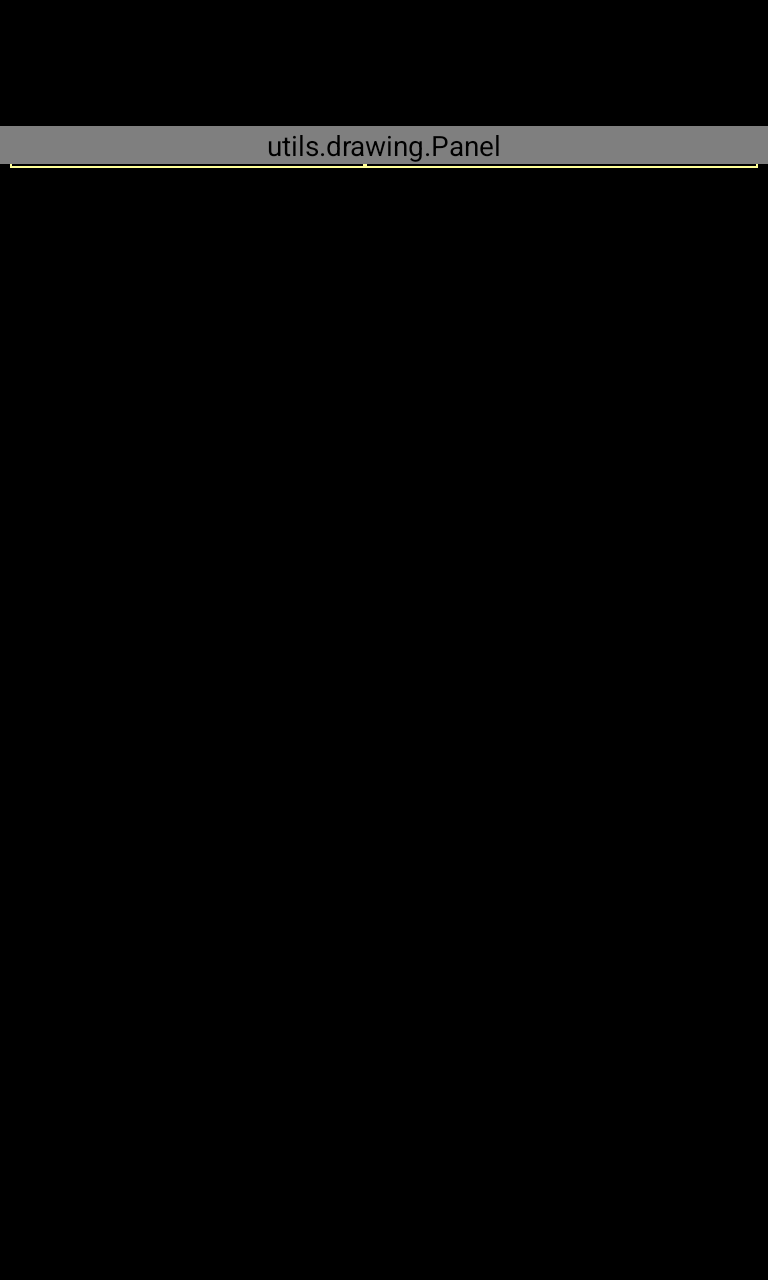
Repository: matthew-robertson/PhysLab
Layout: Phys Lab/Phys Lab/res/layout/activity_graphing.xml
These files come from the project's save history. The layout is drawn as it stood at one moment and after the next save; the edit follows.
Pictures or frames that could not be fetched are drawn as grey boxes. It is drawn on a 768 x 1280 px phone screen (xhdpi) without system bars, with theme android:Theme.Holo; the app's code is not run.

Above is the layout before, as saved 2013-01-08 14:07:54.

### Phys Lab/Phys Lab/res/layout/activity_graphing.xml
<RelativeLayout xmlns:android="http://schemas.android.com/apk/res/android"
    xmlns:tools="http://schemas.android.com/tools"
    android:layout_width="match_parent"
    android:layout_height="match_parent" >

    <TabHost
        android:id="@+id/tabHost"
        android:layout_width="fill_parent"
    	android:layout_height="fill_parent" >

	    <TabWidget
	        android:id="@android:id/tabs"
		    android:layout_width="fill_parent"
		    android:layout_height="wrap_content" />

	    <FrameLayout
	    	android:layout_width="fill_parent"
	    	android:layout_height="fill_parent"
	    	android:id="@android:id/tabcontent" >

	        <!-- Data Tab -->
	        <ScrollView xmlns:android="http://schemas.android.com/apk/res/android"
			   	android:id="@+id/scroll_view_data_tab"
			   	android:layout_width="fill_parent"
			   	android:layout_height="fill_parent"
			   	android:fillViewport="true" >
				<LinearLayout
				    android:layout_width="fill_parent"
				    android:layout_height="wrap_content"
				    android:id="@+id/data_tab"
				    android:orientation="vertical"
				    android:paddingTop="60dp" >


		            <TableLayout
		                android:id="@+id/table_layout_data"
		                android:layout_height="match_parent"
		                android:layout_width="match_parent"
		                android:padding="5dp"
		                android:stretchColumns="0,1" >


					    <TableRow
						    android:id="@+id/data_table_header"
						    android:layout_width="match_parent"
						    android:layout_height="match_parent" >

					         <TextView
					             android:id="@+id/runLabel"
					             android:text="Time"
					             android:layout_height="wrap_content"
					             android:background="@drawable/cell_style"
					             android:gravity="center" />
					         <TextView
					             android:id="@+id/hitLabel"
					             android:text="Position"
					             android:layout_height="wrap_content"
					             android:background="@drawable/cell_style"
					             android:gravity="center" />
				    	</TableRow>

		            </TableLayout>

			 	</LinearLayout>

			</ScrollView>

	        <!-- Tab 1 -->
			<LinearLayout
			    android:layout_width="fill_parent"
			    android:layout_height="wrap_content"
			    android:id="@+id/tab1"
			    android:orientation="vertical"
			    android:paddingTop="60dp" >

			    <utils.drawing.Panel
				    android:id="@+id/panel_position_time"
				    android:layout_width="fill_parent"
				    android:layout_height="wrap_content"
				    android:layout_marginTop="3dp"
				    android:layout_marginLeft="0dp"
				    android:layout_marginRight="0dp"
				    android:background="#FFFFFF" />
		 	</LinearLayout>

		 	<!-- Tab 2 -->
		    <LinearLayout
		    	android:layout_width="fill_parent"
			    android:layout_height="fill_parent"
			    android:id="@+id/tab2"
			    android:orientation="vertical"
			    android:paddingTop="60dp" >

		           <utils.drawing.Panel
			    android:id="@+id/panel_velocity_time"
			    android:layout_width="fill_parent"
			    android:layout_height="wrap_content"
			    android:layout_marginTop="3dp"
			    android:layout_marginLeft="0dp"
			    android:layout_marginRight="0dp"
			    android:background="#FFFFFF" />
		     </LinearLayout>

		     <!-- Tab 3 -->
		     <LinearLayout
		     	android:layout_width="fill_parent"
		     	android:layout_height="fill_parent"
		    	android:id="@+id/tab3"
		    	android:orientation="vertical"
		    	android:paddingTop="60dp" >

			     <utils.drawing.Panel
				    android:id="@+id/panel_acceleration_time"
				    android:layout_width="fill_parent"
				    android:layout_height="wrap_content"
				    android:layout_marginTop="3dp"
				    android:layout_marginLeft="0dp"
				    android:layout_marginRight="0dp"
				    android:background="#FFFFFF" />
	   		 </LinearLayout>
	     </FrameLayout>
    </TabHost>
</RelativeLayout>

### Phys Lab/Phys Lab/res/drawable/cell_style.xml
<?xml version="1.0" encoding="utf-8"?>
<shape
    xmlns:android="http://schemas.android.com/apk/res/android"
    android:shape= "rectangle"  >
        <solid
            android:color="#000" />
        <stroke
            android:width="1dp"
            android:color="#ff9" />
</shape>

After the next save:
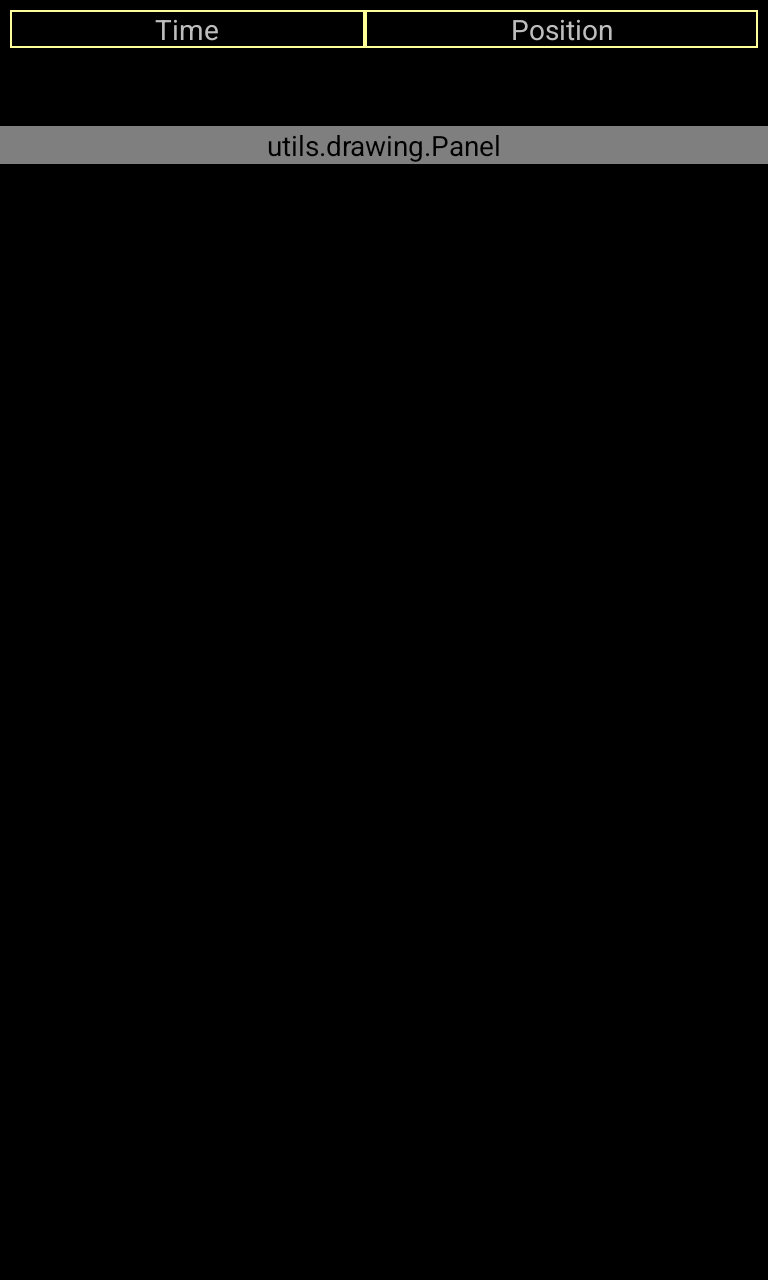
Saved 8 min 32 s later.
--- a/Phys Lab/Phys Lab/res/layout/activity_graphing.xml
+++ b/Phys Lab/Phys Lab/res/layout/activity_graphing.xml
@@ -24,18 +24,11 @@
 			   	android:layout_width="fill_parent"
 			   	android:layout_height="fill_parent"
 			   	android:fillViewport="true" >
-				<LinearLayout
-				    android:layout_width="fill_parent"
-				    android:layout_height="wrap_content"
-				    android:id="@+id/data_tab"
-				    android:orientation="vertical"
-				    android:paddingTop="60dp" >
-
-
-		            <TableLayout
+				    <TableLayout
 		                android:id="@+id/table_layout_data"
 		                android:layout_height="match_parent"
 		                android:layout_width="match_parent"
+		                 android:paddingTop="60dp"
 		                android:padding="5dp"
 		                android:stretchColumns="0,1" >
 
@@ -60,8 +53,6 @@
 				    	</TableRow>
 
 		            </TableLayout>
-
-			 	</LinearLayout>
 
 			</ScrollView>
 
